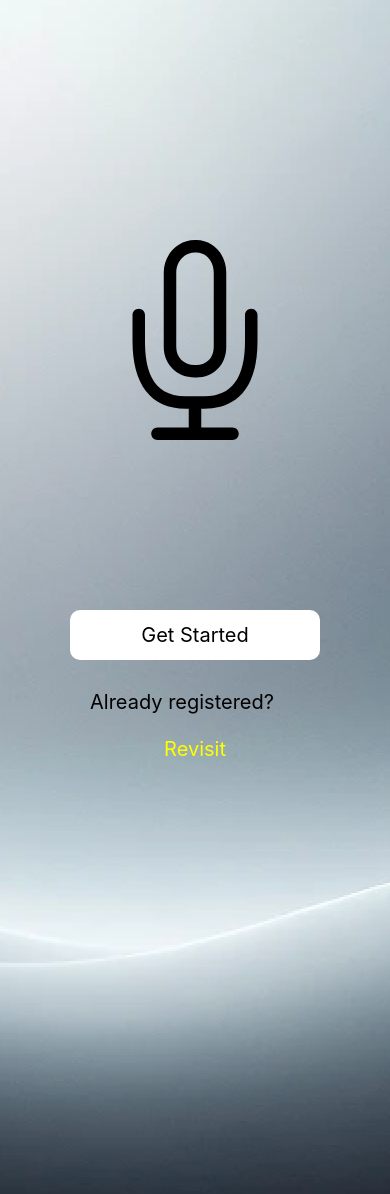
Repository: mortiestmorty1/recordings-app
Screen: / (app in frontend/)
These files come from the project's save history. The screen is drawn as it stood at one moment and after the next save; the edit follows.
The app was drawn by React Native's web renderer in a window 390 px wide. The project was rebuilt for these pictures with package versions that can differ from the ones it lists, and the page was loaded fresh each time. Also part of the build but not shown: frontend/components/registerUser.js.

Above is the screen before, as saved 2024-03-08 01:56:12.

After the next save:
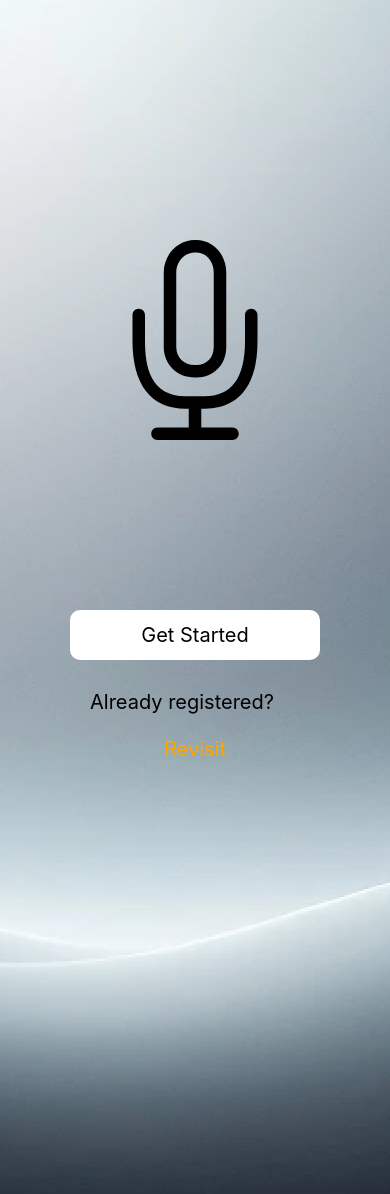
Saved 10 s later.
--- a/frontend/components/firstscreen.js
+++ b/frontend/components/firstscreen.js
@@ -84,7 +84,7 @@ const styles = StyleSheet.create({
         color: 'black',
         fontSize: 20,
         fontWeight: 'heavy',
-        color:'yellow',
+        color:'orange',
     },
 });
 
